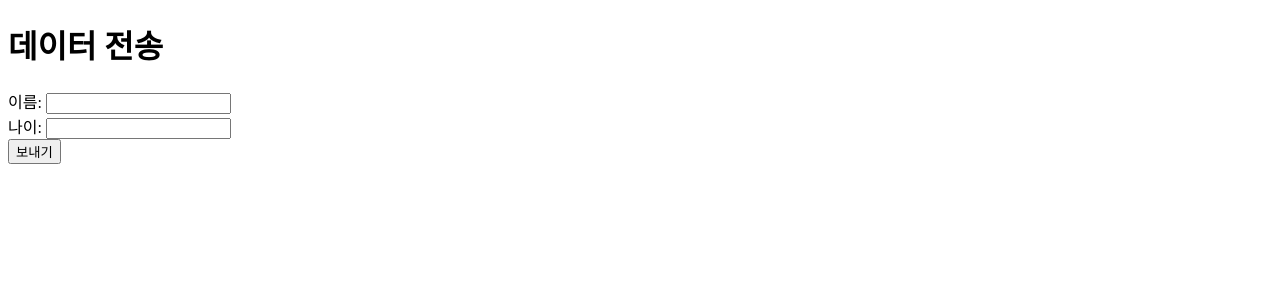
Repository: githubdohun/JSP
Page: ServletTest/src/main/webapp/temp.html
The author's editor kept a copy of each file at every save. The page is drawn from the files as they stood at one save, then again after the next save.
The browser window is 1280 px wide. The pictures show the whole page.

Above is the page before, as saved 2023-10-17 02:30:19.

After the next save:
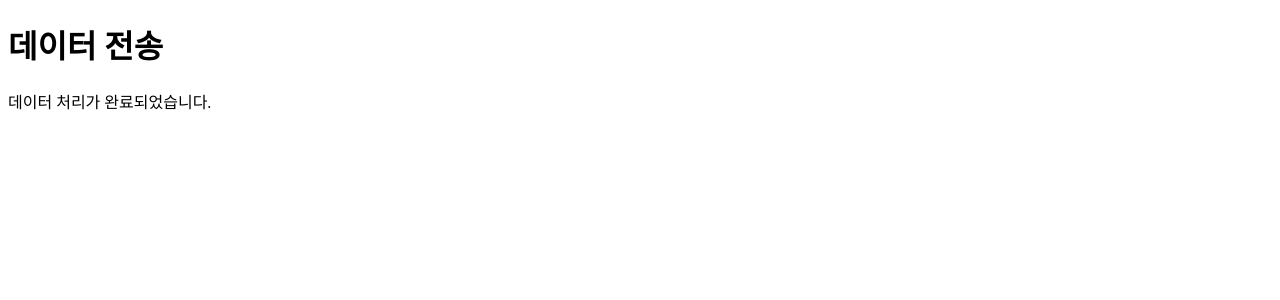
Saved 43 s later.
--- a/ServletTest/src/main/webapp/temp.html
+++ b/ServletTest/src/main/webapp/temp.html
@@ -7,15 +7,7 @@
 <body>
 	<h1>데이터 전송</h1>
 
-	<form method="GET" action="" >
-		<div>
-			이름: <input type="text" name="name">
-		</div>
-		<div>
-			나이: <input type="text" name="age">
-		</div>
-		<input type="submit" value="보내기">
-	</form>
+	<p>데이터 처리가 완료되었습니다.</p>
 
 </body>
 </html>
